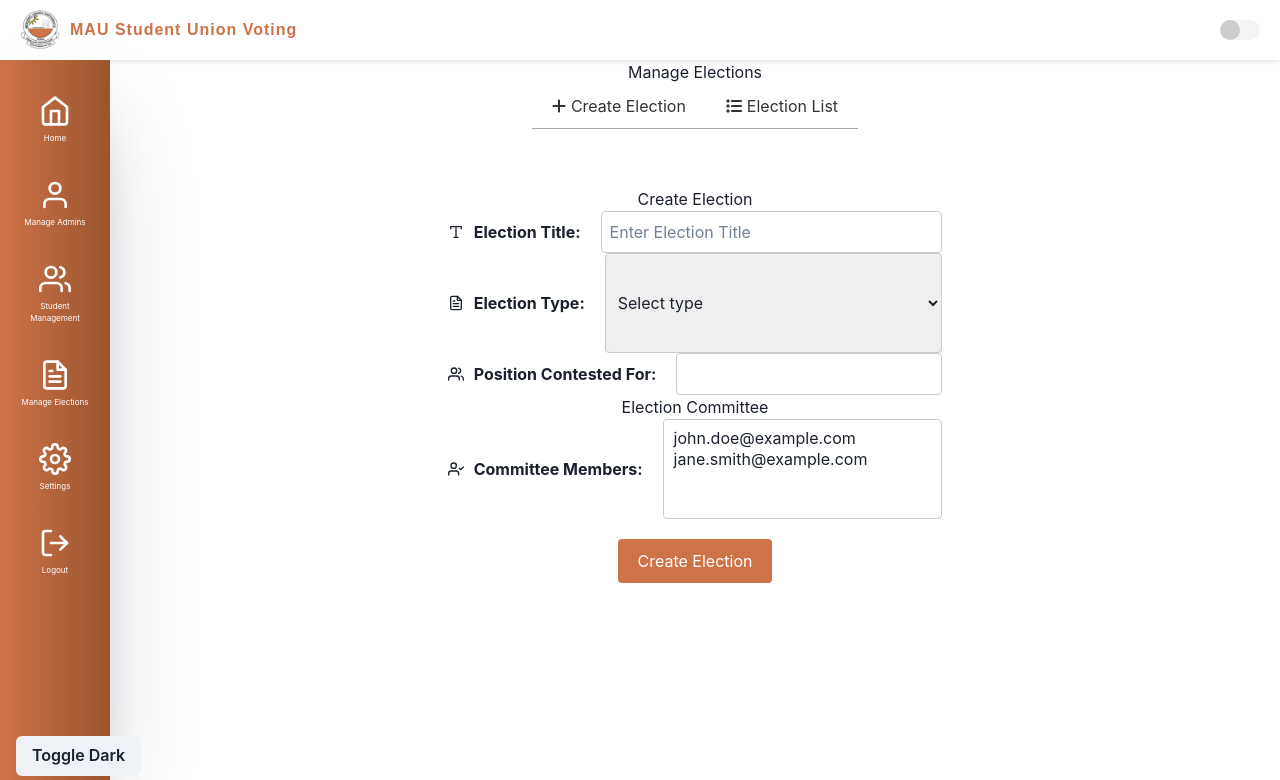
Repository: joena1o/e-vote
Page: /admin-dashboard/manage-elections
The author's editor kept a copy of each file at every save. The page is drawn from the files as they stood at one save, then again after the next save.
The browser window is 1280 px wide. The pictures show the whole page.
The project was rebuilt for these pictures with package versions that can differ from the ones it lists, and the page was loaded fresh each time. Also part of the build but not shown: src/components/EnhancedLogin.js, src/components/maincontent/RegisterStudents/ManageStudents.js, src/components/maincontent/RegisterStudents/RegisterStudents.js, src/components/maincontent/RegisterStudents/StudentManagement.js, src/components/maincontent/ElectionResults/ViewResults.js, src/components/maincontent/Settings/Settings.js, src/api/index.js, src/components/maincontent/home/Home.styles.js and 5 more.

Above is the page before, as saved 2023-10-20 12:39:28.

After the next save:
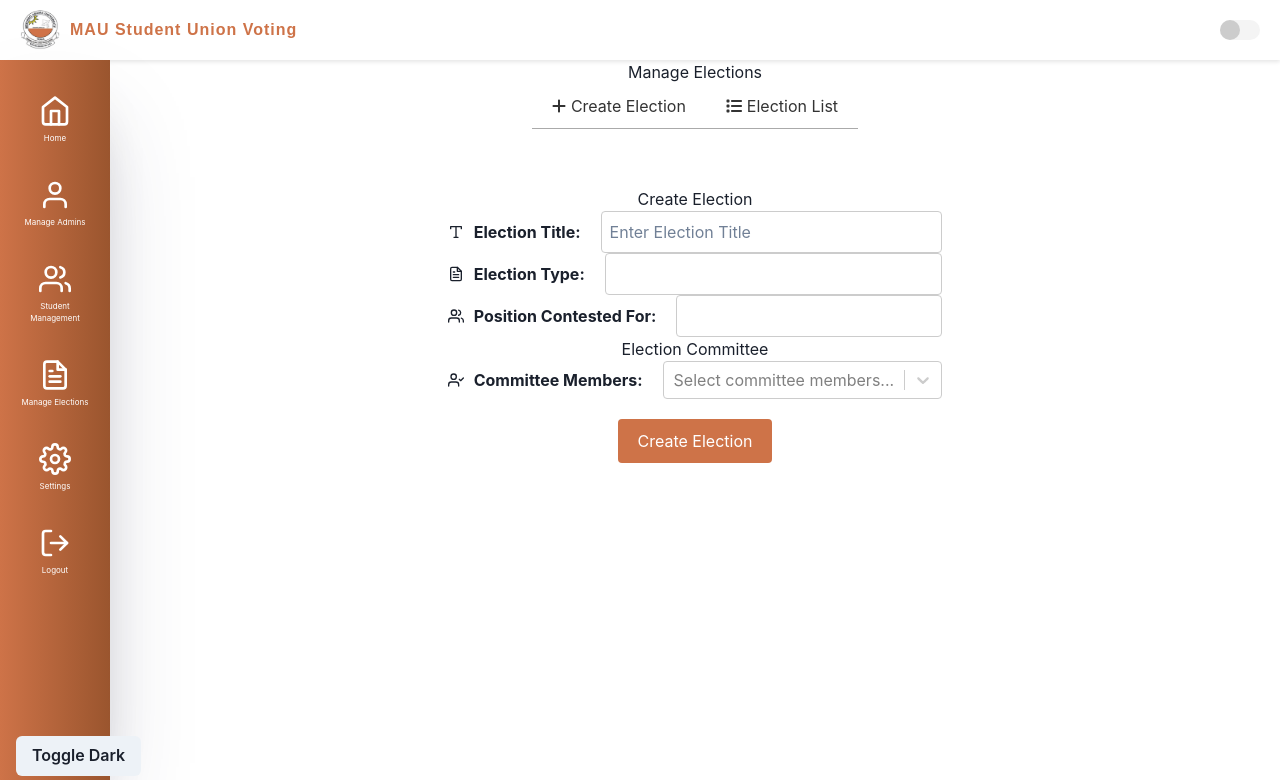
Saved 4 min 8 s later.
--- a/src/components/maincontent/ManageElections/CreateElection.js
+++ b/src/components/maincontent/ManageElections/CreateElection.js
@@ -1,5 +1,6 @@
 import React, { useState } from 'react';
 import styled from 'styled-components';
+import Select from 'react-select';
 import { FiCalendar, FiUsers, FiFileText, FiUserCheck, FiClipboard, FiType } from 'react-icons/fi';
 
 const Form = styled.form`
@@ -29,16 +30,6 @@ const FormInput = styled.input`
   font-size: 1rem;
 `;
 
-const FormMultiSelect = styled.select`
-  flex-grow: 1;
-  padding: 0.5rem;
-  border: 1px solid #ccc;
-  border-radius: 4px;
-  font-size: 1rem;
-  height: 100px;
-  multiple: true;
-`;
-
 const SubmitButton = styled.button`
   margin-top: 20px;
   padding: 10px 20px;
@@ -52,11 +43,13 @@ const SubmitButton = styled.button`
 
 const CreateElection = () => {
   const [electionType, setElectionType] = useState('');
-  const [students] = useState([
-    'john.doe@example.com',
-    'jane.smith@example.com',
+  const [selectedCommittee, setSelectedCommittee] = useState([]);
+
+  const students = [
+    { value: 'john.doe@example.com', label: 'John Doe' },
+    { value: 'jane.smith@example.com', label: 'Jane Smith' },
     // Add more students as required
-  ]);
+  ];
 
   return (
     <Form>
@@ -71,16 +64,7 @@ const CreateElection = () => {
       <FormField>
         <FiFileText />
         <FormLabel htmlFor="electionType">Election Type:</FormLabel>
-        <FormMultiSelect
-          id="electionType"
-          name="electionType"
-          onChange={e => setElectionType(e.target.value)}
-        >
-          <option value="">Select type</option>
-          <option value="general">General</option>
-          <option value="faculty">Faculty</option>
-          <option value="department">Department</option>
-        </FormMultiSelect>
+        <FormInput id="electionType" name="electionType" type="text" />
       </FormField>
 
       {(electionType === 'faculty' || electionType === 'department') && (
@@ -100,14 +84,13 @@ const CreateElection = () => {
       <h3>Election Committee</h3>
       <FormField>
         <FiUserCheck />
-        <FormLabel htmlFor="committeeEmail">Committee Members:</FormLabel>
-        <FormMultiSelect id="committeeEmail" name="committeeEmail" multiple>
-          {students.map(email => (
-            <option key={email} value={email}>
-              {email}
-            </option>
-          ))}
-        </FormMultiSelect>
+        <FormLabel>Committee Members:</FormLabel>
+        <Select
+          isMulti
+          options={students}
+          onChange={setSelectedCommittee}
+          placeholder="Select committee members..."
+        />
       </FormField>
 
       <SubmitButton>Create Election</SubmitButton>
